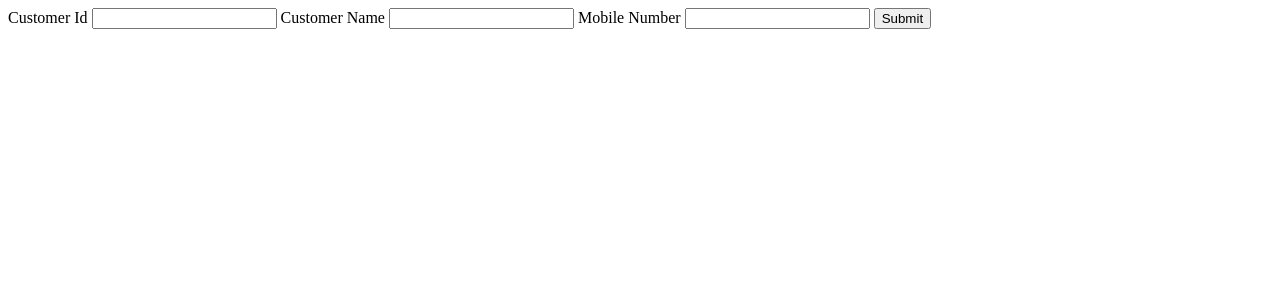
Repository: aishwarya-sankhla/JavaTraining
Page: RESTClient/WebContent/AddCutomer.html
The author's editor kept a copy of each file at every save. The page is drawn from the files as they stood at one save, then again after the next save.
The browser window is 1280 px wide. The pictures show the whole page.
The page's requests for data from a server got no answer.

Above is the page before, as saved 2018-10-08 09:52:14.

### RESTClient/WebContent/AddCutomer.html
<!DOCTYPE html>
<html>
<head>
<meta charset="ISO-8859-1">
<title>Insert title here</title>
<script type="text/javascript" src="js/jquery1-7-2.js"></script>

</head>
<body>
<form action="http://localhost:8080/REST_webService/rest/add" method="post">
	<label for="customerId">Customer Id</label>
	<input type="text" name="customerId" id="customerId">
	<label for="customerName">Customer Name</label>
	<input type="text" name="customerName" id="customerName">
	<label for="mobileNumber">Mobile Number</label>
	<input type="text" name="mobileNumber" id="mobileNumber">

	<input type="submit" value="Submit">
</form>
<div id="msg"></div>
</body>
</html>

Loaded but not shown: RESTClient/WebContent/js/jquery1-7-2.js (library)

After the next save:
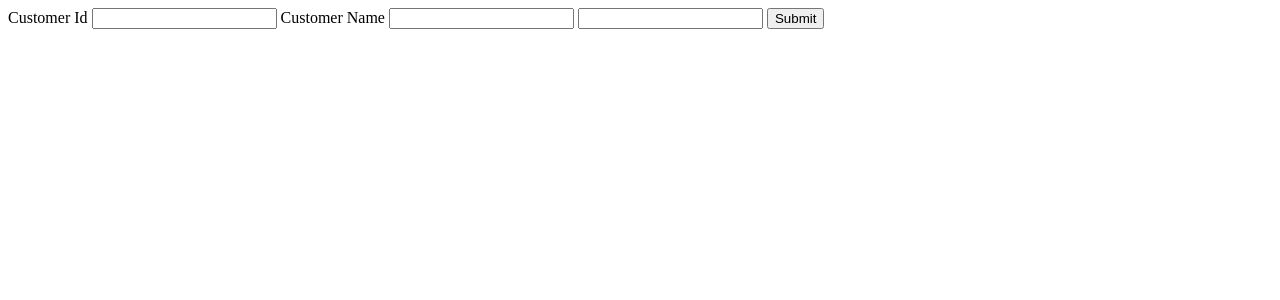
Saved 62 s later.
--- a/RESTClient/WebContent/AddCutomer.html
+++ b/RESTClient/WebContent/AddCutomer.html
@@ -4,15 +4,21 @@
 <meta charset="ISO-8859-1">
 <title>Insert title here</title>
 <script type="text/javascript" src="js/jquery1-7-2.js"></script>
-
+<script type="text/javascript">
+$(function(){
+	$.get("http://localhost:8080/REST_webService/rest/quick",function(resp){
+		$("#msg").html(resp);
+	});
+});
+</script>
 </head>
 <body>
-<form action="http://localhost:8080/REST_webService/rest/add" method="post">
+<form  method="post">
 	<label for="customerId">Customer Id</label>
 	<input type="text" name="customerId" id="customerId">
 	<label for="customerName">Customer Name</label>
 	<input type="text" name="customerName" id="customerName">
-	<label for="mobileNumber">Mobile Number</label>
+	<label for="mobileNumber"></label>
 	<input type="text" name="mobileNumber" id="mobileNumber">
 
 	<input type="submit" value="Submit">

After the 2 saves that followed:
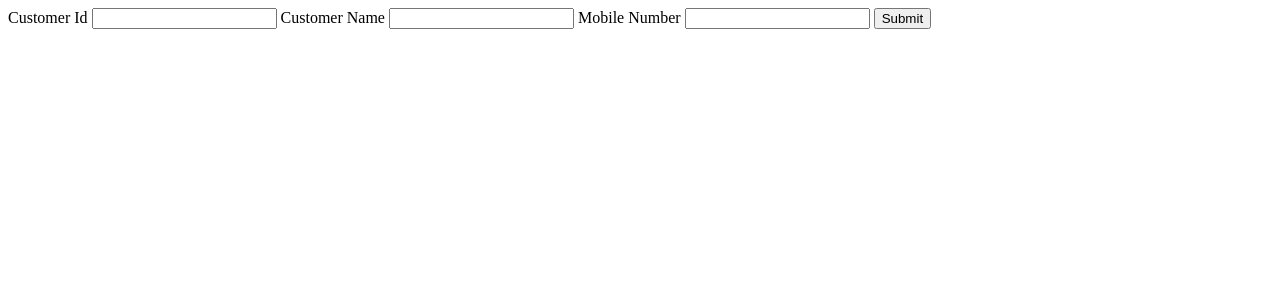
The 2 saves are shown as one change because 1 left the picture as it was.
The last was saved 78 s later.
--- a/RESTClient/WebContent/AddCutomer.html
+++ b/RESTClient/WebContent/AddCutomer.html
@@ -6,7 +6,7 @@
 <script type="text/javascript" src="js/jquery1-7-2.js"></script>
 <script type="text/javascript">
 $(function(){
-	$.get("http://localhost:8080/REST_webService/rest/quick",function(resp){
+	$.get("http://localhost:8080/REST_webService/rest/add",function(resp){
 		$("#msg").html(resp);
 	});
 });
@@ -18,7 +18,7 @@
 	<input type="text" name="customerId" id="customerId">
 	<label for="customerName">Customer Name</label>
 	<input type="text" name="customerName" id="customerName">
-	<label for="mobileNumber"></label>
+	<label for="mobileNumber">Mobile Number</label>
 	<input type="text" name="mobileNumber" id="mobileNumber">
 
 	<input type="submit" value="Submit">
